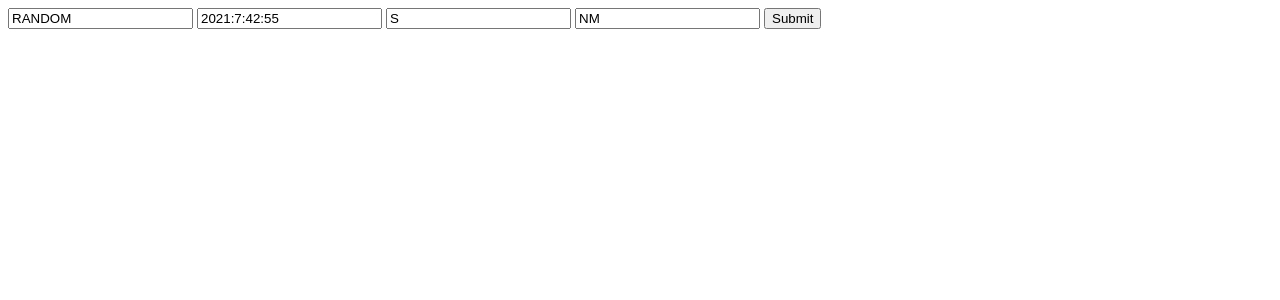
Repository: kchan75/kakaobank
Page: inserver/src/main/resources/static/index.html
An editor plug-in stored every save of this project. The page is shown before and after the next save, followed by the edit.
The browser window is 1280 px wide. The pictures show the whole page.

Above is the page before, as saved 2021-03-24 00:57:51.

### inserver/src/main/resources/static/index.html
<html>
<head>
<title>test</title>
<script language="javascript">
	 function time(){
	  var time= new Date(); //시간받기위해서 new date
		 document.getElementById("trxDatetim").value=time.getFullYear()+":"+time.getHours()+":"+time.getMinutes()+":"+time.getSeconds();
	     setInterval("time()",1000);     //1초 지난후 time()실행
	}
</script>
</head>

<body onload="time()">

	<form id="formElem">
		<input type="text" name="guid" value="RANDOM">
		<input type="text" id="trxDatetim" >
		<input type="text" name="requestType" value="S">
		<input type="text" name="responseType" value="NM">
		<input type="submit">
	</form>
	<div id="div"></div>
</body>

<script>
    formElem.onsubmit = async (e) => {
      e.preventDefault();
      var form = document.querySelector("#formElem");
     // var form = document.forms[0];

        data = {
          "common":
          {
        	  firstName : form.querySelector('input[name="firstname"]').value,
          	  lastName : form.querySelector('input[name="lastname"]').value,
          	  age : 5
          },
	      "biz":
	      {
	      	  bizFirst : form.querySelector('input[name="firstname"]').value,
	      	  bizLast : form.querySelector('input[name="lastname"]').value,
	          age : 12
	      }
        }



		let ip = form.querySelector('input[name="firstname"]').value
        let response = await fetch('http://localhost:8080/kchan', {
                method: 'POST', // or 'PUT'
                headers: {
                    'Content-Type': 'application/json',
                    'Access-Control-Allow-Origin':'*'
                },
                body: JSON.stringify(data),
        })

        //let text = await response.text(); // read response body as text
        console.log("TEST");
        console.log(response);

        document.querySelector("#div").innerHTML = response.data;
    };
</script>
</html>

After the next save:
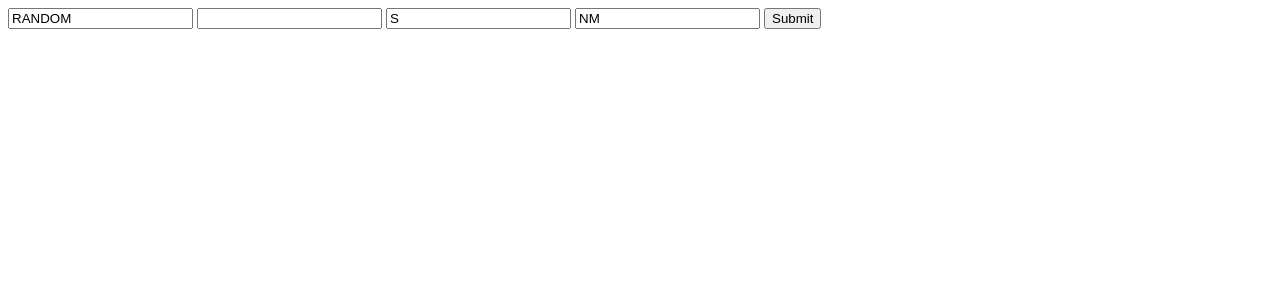
Console error: SyntaxError: Unexpected string
Saved 48 s later.
--- a/inserver/src/main/resources/static/index.html
+++ b/inserver/src/main/resources/static/index.html
@@ -4,7 +4,7 @@
 <script language="javascript">
 	 function time(){
 	  var time= new Date(); //시간받기위해서 new date
-		 document.getElementById("trxDatetim").value=time.getFullYear()+":"+time.getHours()+":"+time.getMinutes()+":"+time.getSeconds();
+		 document.getElementById("trxDatetim").value=time.getFullYear()+time.getMonth()+time.getDays()":"+time.getHours()+":"+time.getMinutes()+":"+time.getSeconds();
 	     setInterval("time()",1000);     //1초 지난후 time()실행
 	}
 </script>

After the 2 saves that followed:
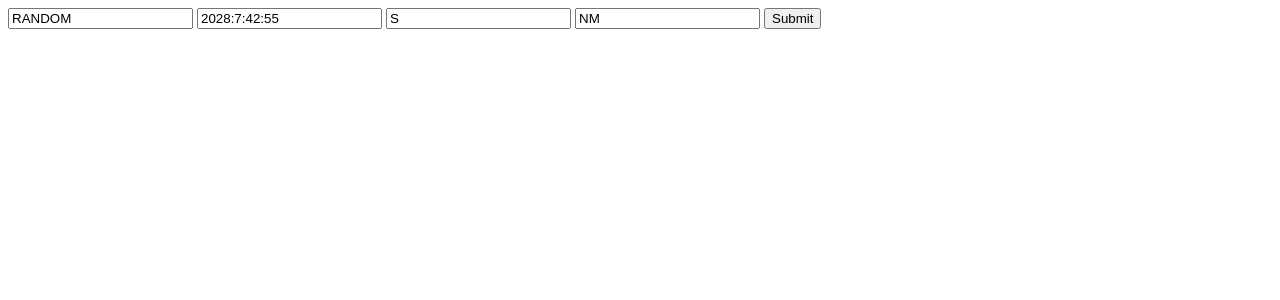
The error is gone.
The 2 saves are shown as one change because 1 left the picture as it was.
The last was saved 44 s later.
--- a/inserver/src/main/resources/static/index.html
+++ b/inserver/src/main/resources/static/index.html
@@ -4,7 +4,7 @@
 <script language="javascript">
 	 function time(){
 	  var time= new Date(); //시간받기위해서 new date
-		 document.getElementById("trxDatetim").value=time.getFullYear()+time.getMonth()+time.getDays()":"+time.getHours()+":"+time.getMinutes()+":"+time.getSeconds();
+		 document.getElementById("trxDatetim").value=time.getFullYear()+time.getMonth()+time.getDay()+":"+time.getHours()+":"+time.getMinutes()+":"+time.getSeconds();
 	     setInterval("time()",1000);     //1초 지난후 time()실행
 	}
 </script>
